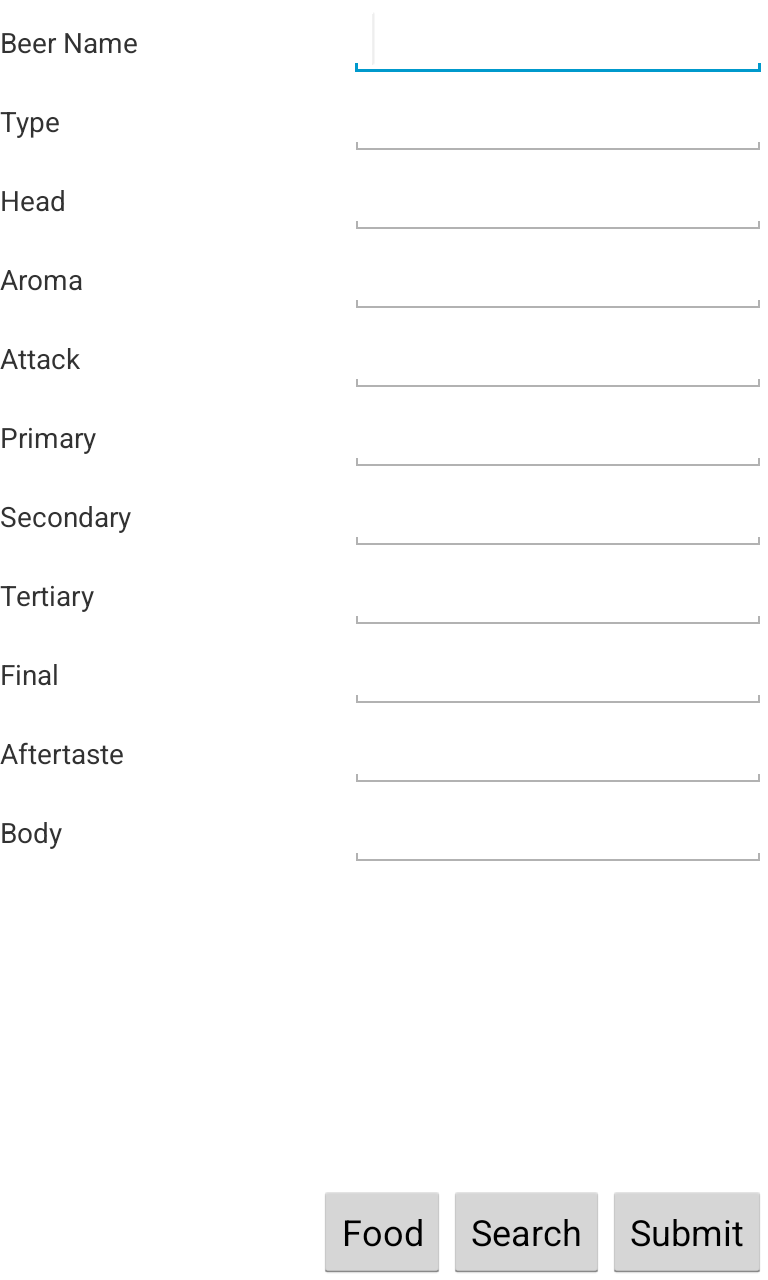
Repository: majorflight02/pairme
Layout: workspace/pairme/res/layout/fragment_beer_entry.xml
These files come from the project's save history. The layout is drawn as it stood at one moment and after the next save; the edit follows.
It is drawn on a 768 x 1280 px phone screen (xhdpi) without system bars, with theme AppTheme; the app's code is not run.

Above is the layout before, as saved 2013-08-25 19:03:23.

After the next save:
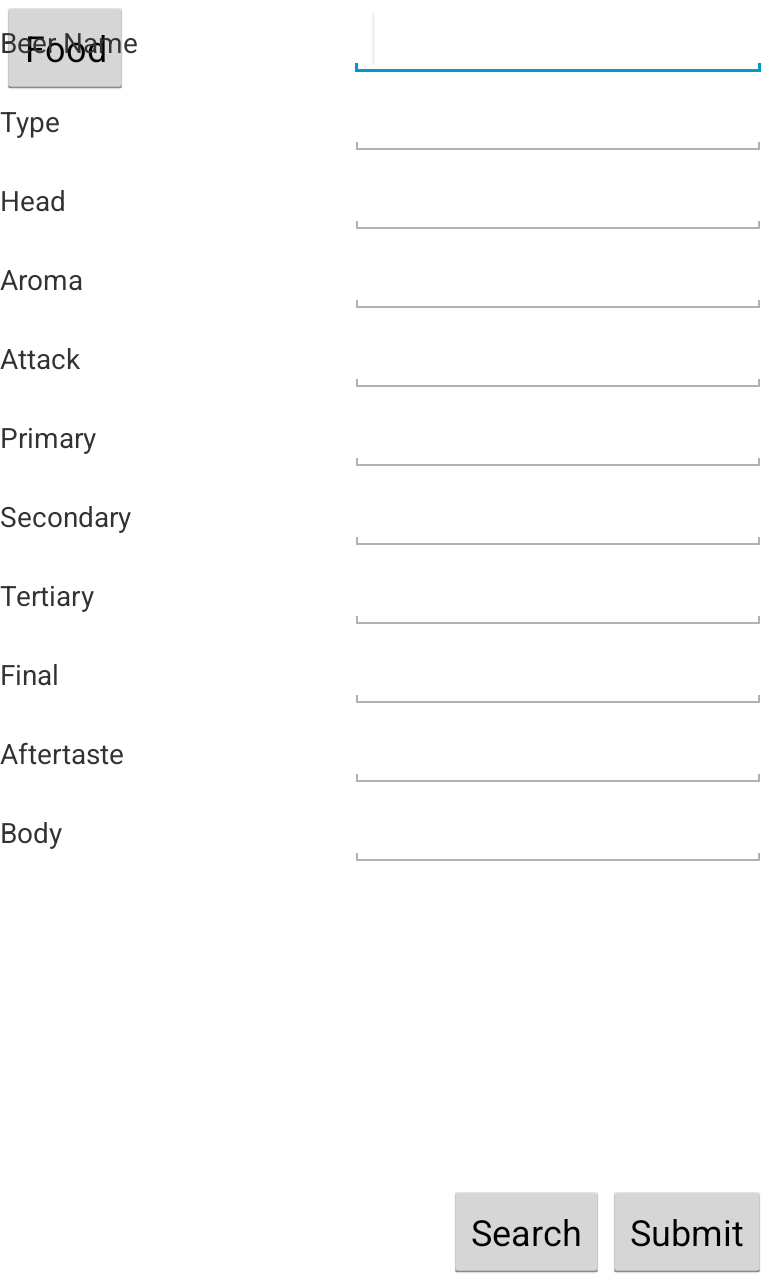
Saved 41 s later.
--- a/workspace/pairme/res/layout/fragment_beer_entry.xml
+++ b/workspace/pairme/res/layout/fragment_beer_entry.xml
@@ -7,8 +7,8 @@
         android:id="@+id/fragment_beer_entry_food_btn"
         android:layout_width="wrap_content"
         android:layout_height="wrap_content"
-        android:layout_alignBaseline="@+id/fragment_beer_entry_submit_btn"
-        android:layout_toLeftOf="@+id/fragment_beer_entry_search_btn"
+        android:layout_alignParentLeft="true"
+        android:layout_alignParentTop="true"
         android:text="Food" />
 
     <Button
